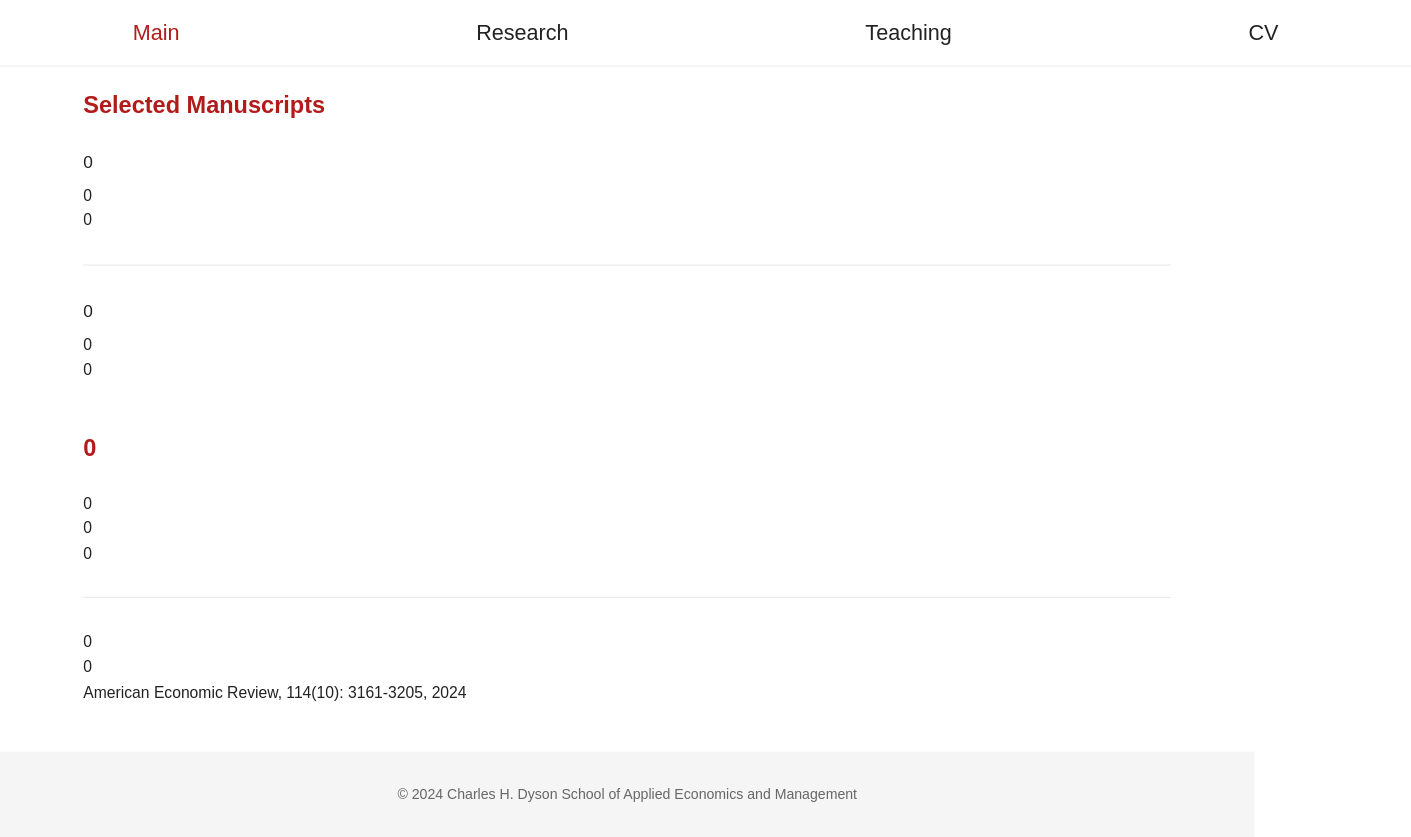
Repository: huang-heavenly-Emperor/k1_project
Page: index.html
These files come from the project's save history. The page is drawn as it stood at one moment and after the next save; the edit follows.
The browser window is 1280 px wide. The page is 1440 px wide, so the pictures cover 1440 px, including what lies to the right of the window. The pictures show the whole page, at 98% of full size.

Above is the page before, as saved 2024-11-17 15:14:33.

After the next save:
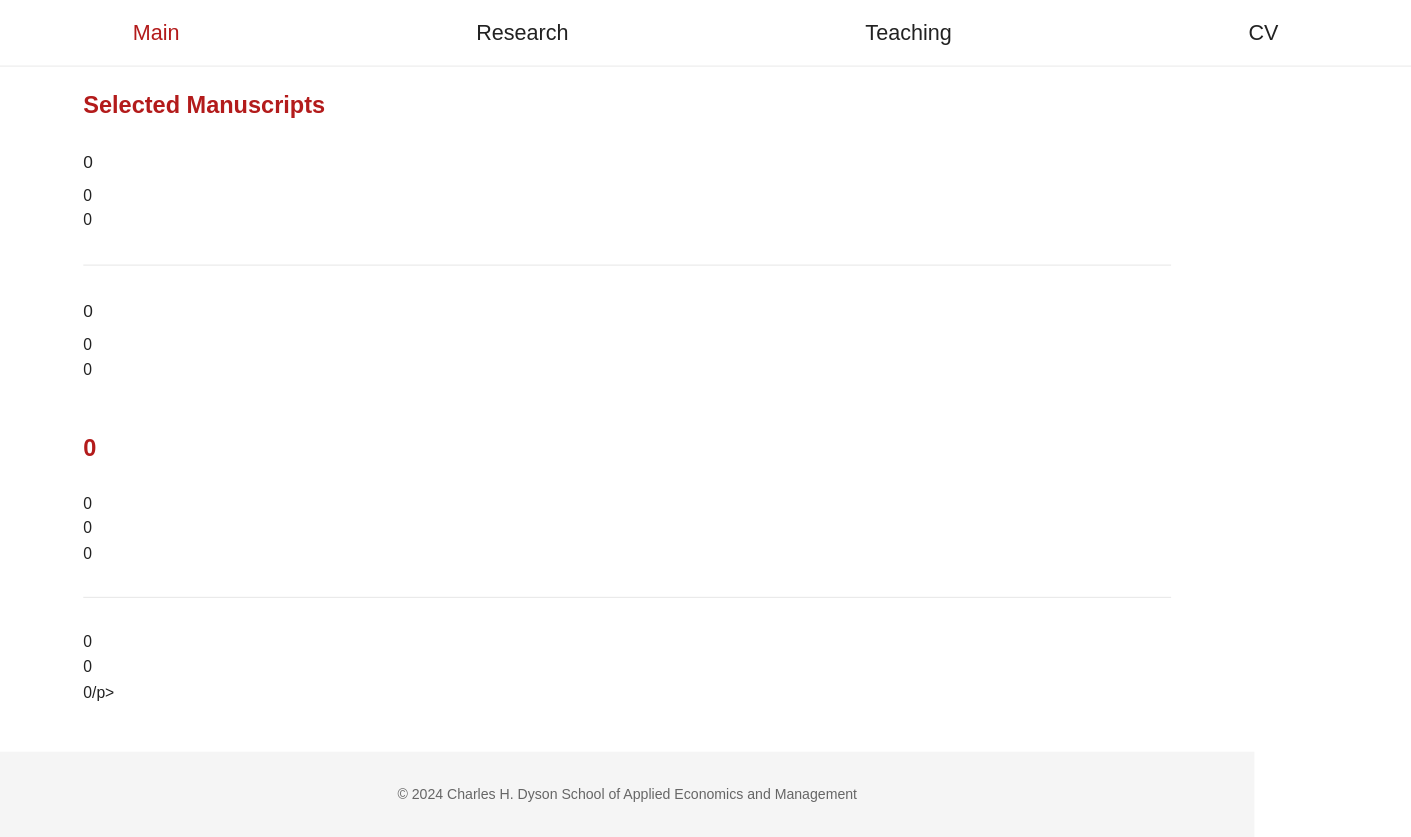
Saved 4 s later.
--- a/index.html
+++ b/index.html
@@ -65,7 +65,7 @@
                 <li>
                     <p class="publication-title">0</p>
                     <p class="publication-authors">0</p>
-                    <p class="publication-journal">American Economic Review, 114(10): 3161-3205, 2024</p>
+                    <p class="publication-journal">0/p>
                     <!-- <p class="publication-title">Efficiency and Equity Impacts of Urban Transportation with Equilibrium
                         Sorting</p>
                     <p class="publication-authors">Panle Jia Barwick, Shanjun Li, Andrew Waxman, Jing Wu, Tianli Xia</p>
